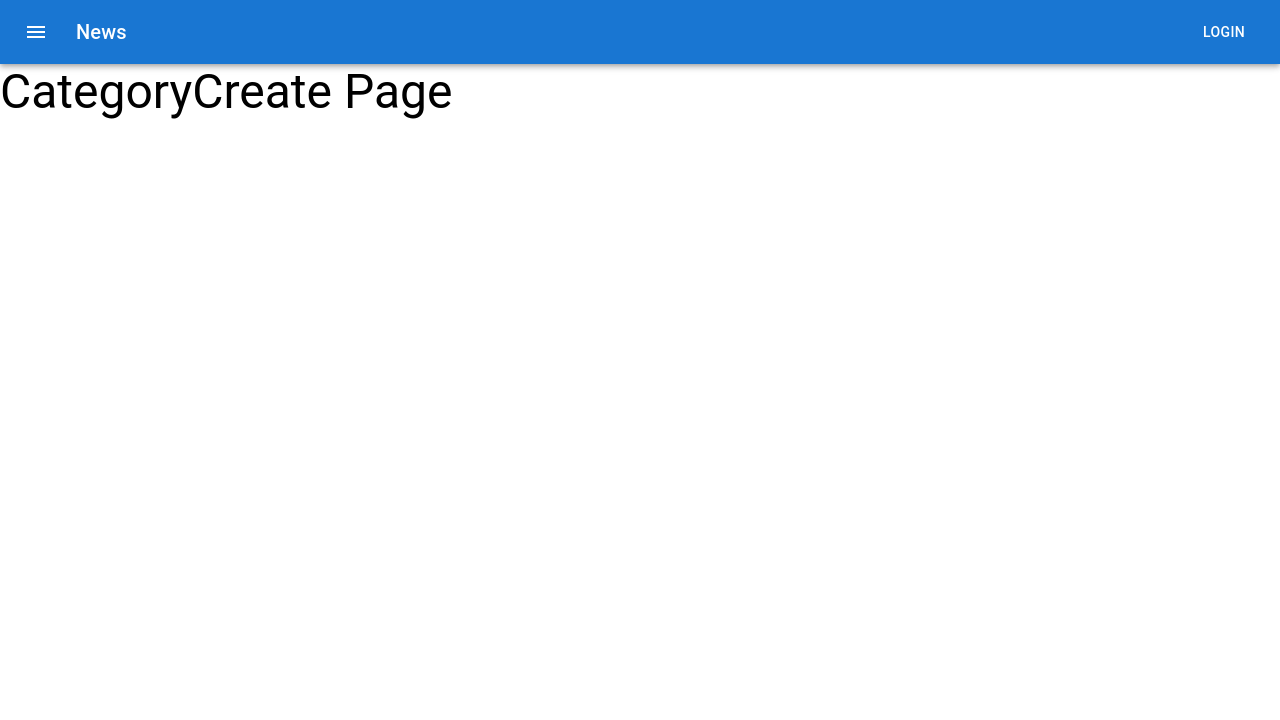
Repository: brunogyn88/codeflix-frontend
Page: /create-category
The author's editor kept a copy of each file at every save. The page is drawn from the files as they stood at one save, then again after the next save.
The browser window is 1280 px wide. The pictures show the whole page.
The project was rebuilt for these pictures with package versions that can differ from the ones it lists, and the page was loaded fresh each time. The framework's server and built-in components were replaced by stand-ins that run in the browser. Also part of the build but not shown: next.config.mjs.

Above is the page before, as saved 2023-08-30 11:32:21.

After the next save:
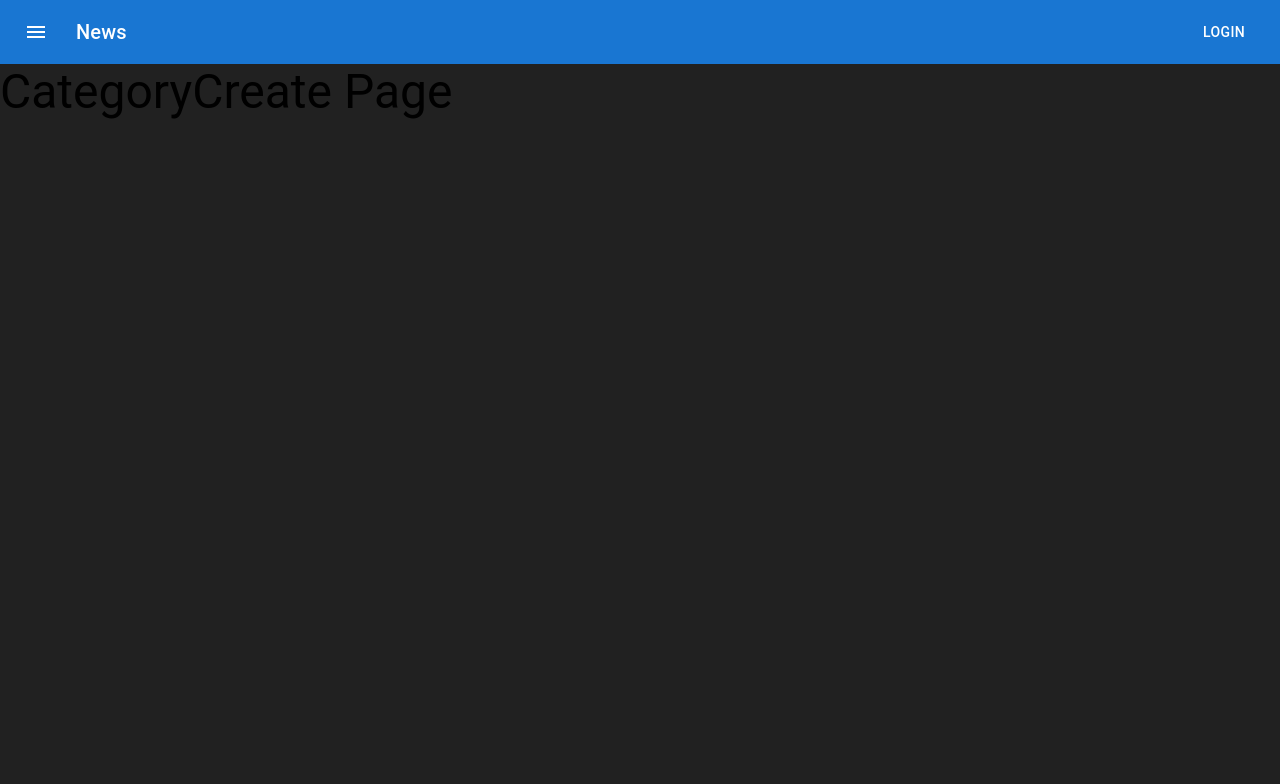
Saved 9 min 28 s later.
--- a/app/layout.tsx
+++ b/app/layout.tsx
@@ -6,6 +6,7 @@ import { Nav } from "./components/Nav";
 import styles from "./styles/layout.module.css";
 import "./styles/globals.css";
 import Header from "./components/Header";
+import { Box } from "@mui/material";
 
 export default function RootLayout(props: React.PropsWithChildren) {
   return (
@@ -13,7 +14,15 @@ export default function RootLayout(props: React.PropsWithChildren) {
       <html lang="en">
         <body>
           <Header />
-          {props.children}
+          <Box
+            component="main"
+            sx={{
+              height: "100vh",
+              backgroundColor: (theme) => theme.palette.grey[900],
+            }}
+          >
+            {props.children}
+          </Box>
         </body>
       </html>
     </Providers>
